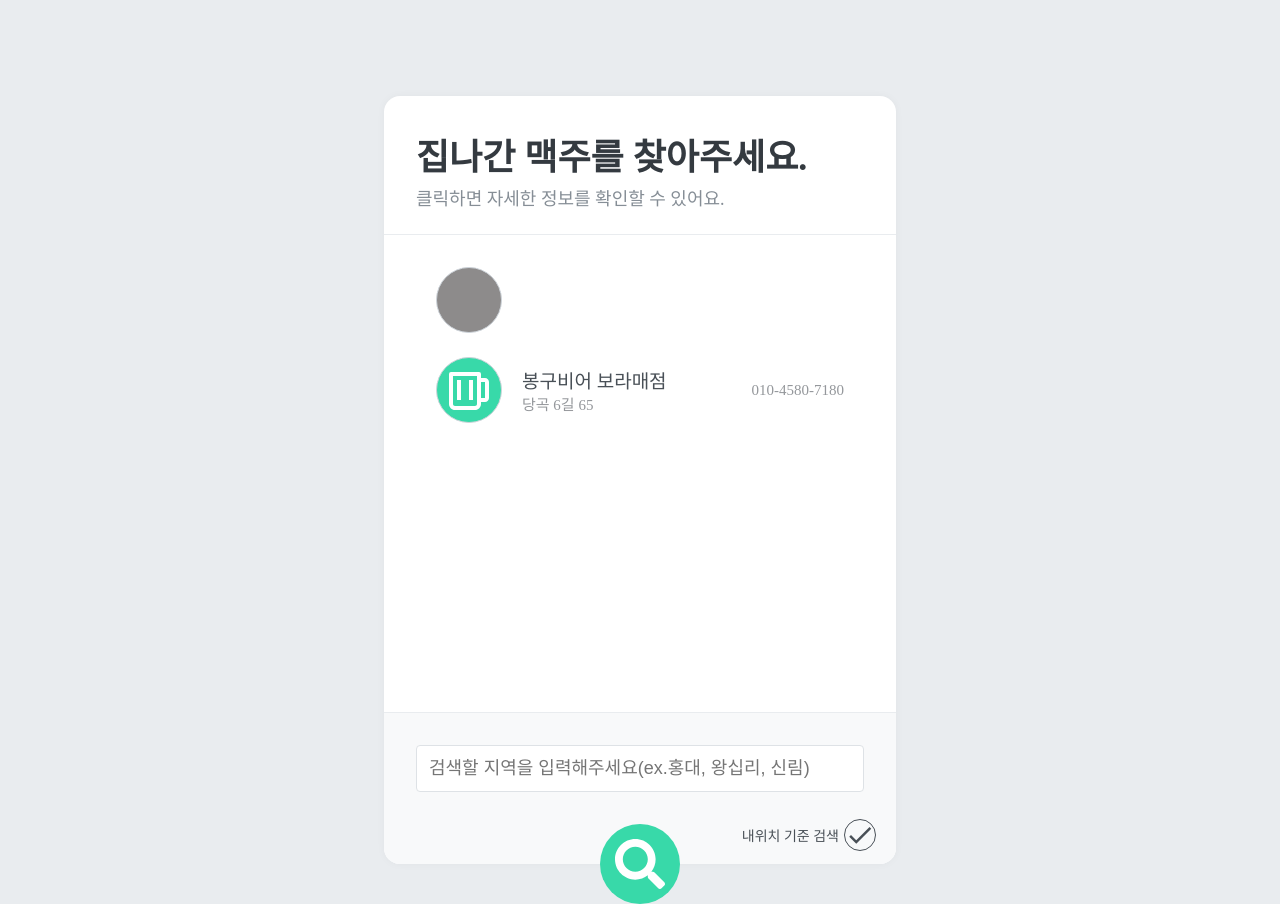
Repository: THE-SOPT-WEB/kimNamjun
Page: / (app in week4/bring-my-beer/)
These files come from the project's save history. The page is drawn as it stood at one moment and after the next save; the edit follows.
The browser window is 1280 px wide. The pictures show the whole page.
The project was rebuilt for these pictures with package versions that can differ from the ones it lists, and the page was loaded fresh each time.

Above is the page before, as saved 2022-05-13 03:21:07.

After the next save:
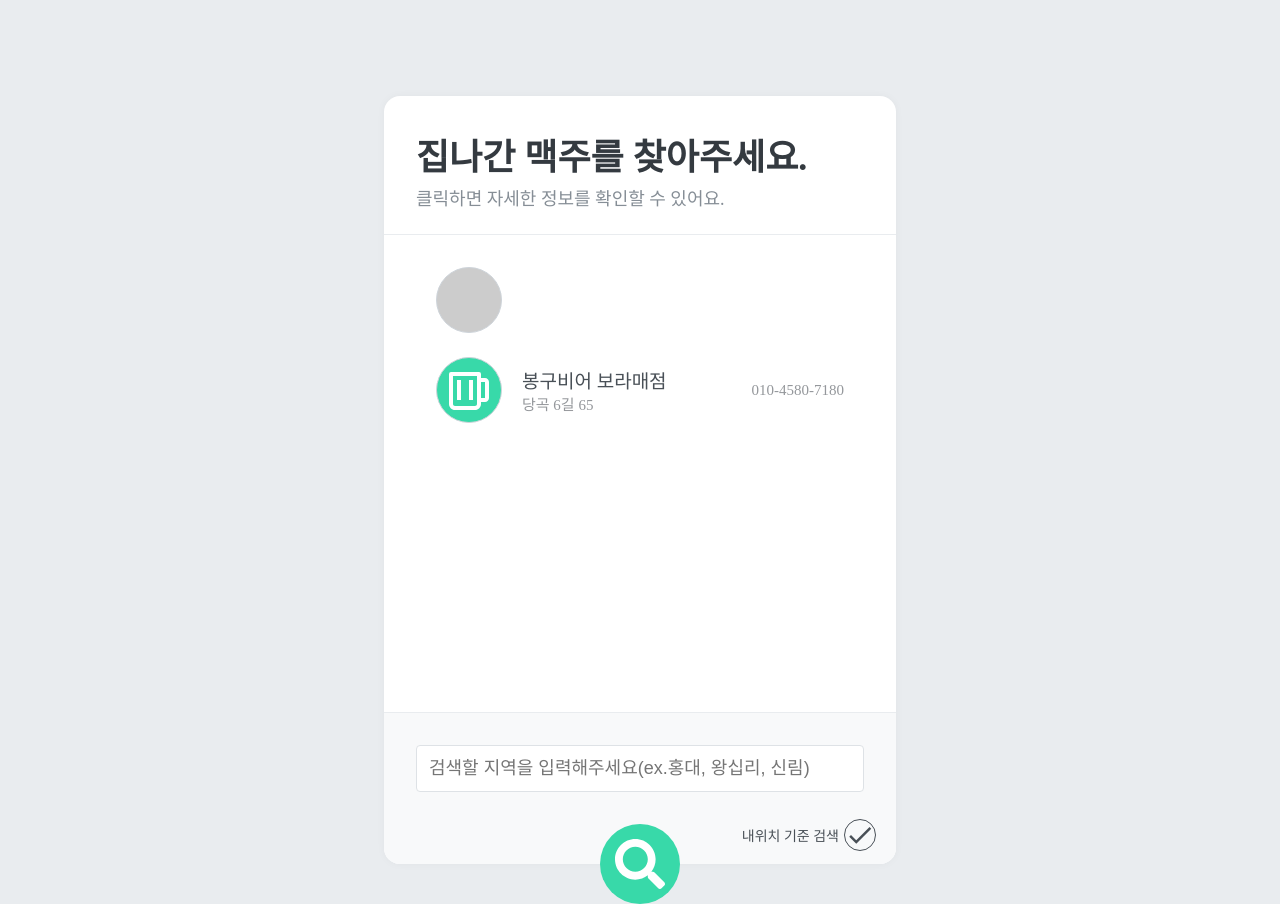
Saved 64 s later.
--- a/week4/bring-my-beer/src/components/SkeletonItem.jsx
+++ b/week4/bring-my-beer/src/components/SkeletonItem.jsx
@@ -20,7 +20,7 @@ const Icon = styled.div`
   justify-content: center;
   margin-right: 20px;
   cursor: pointer;
-  background-color: #8d8b8b;
+  background-color: #ccc;
   color: #fff;
 `;
 
